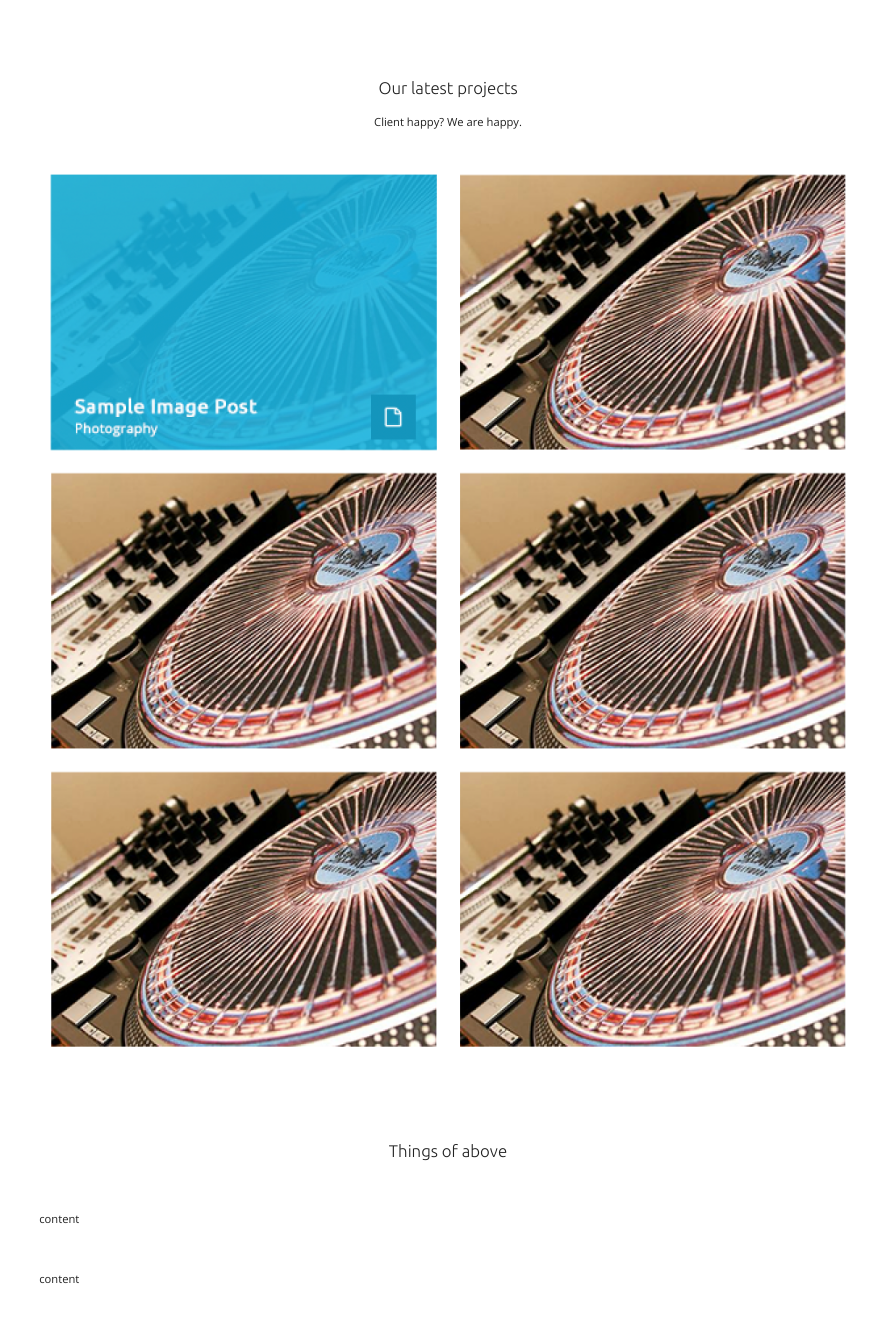
Repository: lpcmendoza/LAB02BF_Group9
Page: index.html
The author's editor kept a copy of each file at every save. The page is drawn from the files as they stood at one save, then again after the next save.
The browser window is 1280 px wide. The pictures show the part of the page from y = 2918 to 4838 px (the page is 6638 px tall before and 5934 px after), at 70% of full size.

Above is the page before, as saved 2024-02-11 23:35:58.

### index.html
<!doctype html>
<html class="no-js" lang="en">

<head>
  <meta charset="utf-8">
  <meta name="viewport" content="width=device-width, initial-scale=1">
  <title>Metrolics</title>
  <link rel="stylesheet" href="css/style.css">
  <meta name="description" content="Group Blog">

  <meta property="og:title" content="Metrolics">
  <meta property="og:type" content="website">
  <meta property="og:url" content="">
  <meta property="og:image" content="">

  <link rel="icon" href="/favicon.ico" sizes="any">
  <link rel="icon" href="/icon.svg" type="image/svg+xml">
  <link rel="apple-touch-icon" href="icon.png">
  <link rel="preconnect" href="https://fonts.googleapis.com">
  <link rel="preconnect" href="https://fonts.gstatic.com" crossorigin>
  <link href="https://fonts.googleapis.com/css2?family=Ubuntu:ital,wght@0,300;0,400;0,500;1,300&display=swap" rel="stylesheet">
  <link rel="preconnect" href="https://fonts.googleapis.com">
  <link rel="preconnect" href="https://fonts.gstatic.com" crossorigin>
  <link href="https://fonts.googleapis.com/css2?family=Open+Sans:wght@400;700&display=swap" rel="stylesheet">

  <link rel="manifest" href="site.webmanifest">
  <meta name="theme-color" content="#fafafa">
</head>

<body>

  <header class="page-header page-header-home">
    <div class="inner-container">
      <div class="content-container">
        <h1>Metrolics</h1>
      </div>
      <div class="content-container">
        <button class="navigation-button">Home</button>
        <button class="navigation-button">Pages</button>
        <button class="navigation-button">Portfolio</button>
        <button class="navigation-button">Blog</button>
        <button class="navigation-button">E-mail</button>
      </div>
    </div>
  </header>

  <div class="section section-image">
    <div class="inner-container">
      <div class="content-container">
        <img src="img/placeholder.svg" alt="placeholder image">
      </div>
    </div>
  </div>

  <div class="section section-title">
    <div class="inner-container">
      <div class="content-container">
        <h1>Hey guys! This is the Metrolics theme. It sports a responsive layout with a mobile layout.</h1>
      </div>
    </div>
  </div>

  <div class="section section-ourthings">
    <div class="inner-container">
      <div class="what-we-do-container-header">
        <h2>Things that we do</h2>
        <p>Ask us what we can do for you</p>
      </div>
      <div class="what-we-do-content">
        <div class="what-we-do-container-body">
          <img class="icons" src="img/icon-web-solutions.png" alt="Web Solutions Icon">
          <h3>Web Solutions</h3>
          <p>We are a fairly small, flexible design studio that designs for print and web. We work flexibly with clients to fulfil their design needs. Whether you need to create a brand from scratch, including marketing materials.</p>
        </div>
        <div class="what-we-do-container-body">
          <img class="icons" src="img/icon-photography.png" alt="Photography Icon">
          <h3>Photography</h3>
          <p>We are a fairly small, flexible design studio that designs for print and web. We work flexibly with clients to fulfil their design needs. Whether you need to create a brand from scratch, including marketing materials.</p>
        </div>
        <div class="what-we-do-container-body">
          <img class="icons" src="img/icon-web-development.png" alt="Web Development Icon">
          <h3>Web Development</h3>
          <p>We are a fairly small, flexible design studio that designs for print and web. We work flexibly with clients to fulfil their design needs. Whether you need to create a brand from scratch, including marketing materials.</p>
        </div>
        <div class="what-we-do-container-body">
          <img class="icons" src="img/icon-web-design.png" alt="Web Design Icon">
          <h3>Web Design</h3>
          <p>We are a fairly small, flexible design studio that designs for print and web. We work flexibly with clients to fulfil their design needs. Whether you need to create a brand from scratch, including marketing materials.</p>
        </div>
      </div>
    </div>
  </div>

  <div class="section section-news">
    <div class="inner-container">
      <div class="whats-new-header">
        <h2>What's up lately?</h2>
        <p>Read up on our latest work</p>
      </div>
      <div class="whats-new-content">
        <div class="whats-new-body-1">
          <img src="img/news-span.png" alt="News content">
        </div>
        <div class="whats-new-body-2">
          <img src="img/news.png" alt="News content">
        </div>
        <div class="whats-new-body-3">
          <img src="img/news.png" alt="News content">
        </div>
        <div class="whats-new-body-4">
          <img src="img/news.png" alt="News content">
        </div>
        <div class="whats-new-body-5">
          <img src="img/news.png" alt="News content">
        </div>
      </div>
    </div>
  </div>

  <div class="section section-projects">
    <div class="inner-container">
      <div class="latest-projects-header">
        <h2>Our latest projects</h2>
        <p>Client happy? We are happy.</p>
      </div>
      <div class="latest-projects-content">
        <div class="latest-projects-body-mobile">
          <img src="img/projects.png" alt="Latest Projects">
        </div>
        <div class="latest-projects-body-mobile">
          <img src="img/projects.png" alt="Latest Projects">
        </div>
        <div class="latest-projects-body-mobile">
          <img src="img/projects.png" alt="Latest Projects">
        </div>
        <div class="latest-projects-body-mobile">
          <img src="img/projects.png" alt="Latest Projects">
        </div>
        <div class="latest-projects-body-mobile">
          <img src="img/projects.png" alt="Latest Projects">
        </div>
        <div class="latest-projects-body-mobile">
          <img src="img/projects.png" alt="Latest Projects">
        </div>

          <div class="latest-projects-body">
            <img src="img/project-blue-overlay.png" alt="Latest Projects">
          </div>
          <div class="latest-projects-body">
            <img src="img/project-no-text.png" alt="Latest Projects">
          </div>
          <div class="latest-projects-body">
            <img src="img/project-no-text.png" alt="Latest Projects">
          </div>
          <div class="latest-projects-body">
            <img src="img/project-no-text.png" alt="Latest Projects">
          </div>
          <div class="latest-projects-body">
            <img src="img/project-no-text.png" alt="Latest Projects">
          </div>
          <div class="latest-projects-body">
            <img src="img/project-no-text.png" alt="Latest Projects">
          </div>

      </div>
    </div>
  </div>

  <div class="section section-things">
    <div class="inner-container">
      <div class="content-container">
        <h2>Things of above</h2>
      </div>
      <div class="content-container">
        <p>content</p>
      </div>
      <div class="content-container">
        <p>content</p>
      </div>
    </div>
  </div>

  <div class="section section-clients">
    <div class="inner-container">
      <div class="content-container">
        <p>client</p>
      </div>
      <div class="content-container">
        <p>client</p>
      </div>
      <div class="content-container">
        <p>client</p>
      </div>
      <div class="content-container">
        <p>client</p>
      </div>
      <div class="content-container">
        <p>client</p>
      </div>
    </div>
  </div>

  <script src="js/app.js"></script>

</body>
<footer>
  <div class="page-footer page-footer-home">
    <div class="inner-container">
      <div class="content-container content-container-description">
        <img src="/img/peewee.png" class="img-peewee">
        <h2 class="description-header">Peewee Herman</h2>
        <p class="description-text">Peewee has over 10 years experience in the industry. He is our Creative Director, digital designer, web designer and front-end developer. He is also pretty good with a sketchbook. Before starting the company Peewee worked as a designer and studio manager for a design house who boasted a number of big name clients.</p>
      </div>
      <div class="content-container content-container-social-icons">
        <img src="/img/btn-facebook.png" class="btn-icons">
        <img src="/img/btn-google+.png" class="btn-icons">
        <img src="/img/btn-twitter.png" class="btn-icons">
        <img src="/img/btn-instagram.png" class="btn-icons">
        <img src="/img/btn-rss.png" class="btn-icons">
      </div>
      <div class="content-container content-container-tweets-header">
        <h3 class="tweet-header">Recent Tweets</h3>
      </div>
      <div class="content-container content-container-tweets">
          <img src="/img/icon-tweet.png" class="tweet-icon">
          <p class="tweet-text"><a class="tweet-link">@Minions</a> - ipsum potatoooo potatoooo uuuhhh. <br>
            Chasy poulet tikka masala jiji wiiiii hahaha po kass. </p>
      </div>
      <div class="content-container content-container-tweets">
        <img src="/img/icon-tweet.png" class="tweet-icon">
          <p class="tweet-text"><a class="tweet-link">@Minions</a> - ipsum potatoooo potatoooo uuuhhh. <br>
            Chasy poulet tikka masala jiji wiiiii hahaha po kass. </p>
      </div>
      <div class="bottom-border">

      </div>
    </div>
  </div>
</footer>

</html>

### css/style.css
/* ==========================================================================
    [Table of contents]

    1. BASE
        1.1 Page Rendering Defaults
        1.2 Core Styling
        1.3 Typography
    2. LAYOUT
        2.1 Core Layout
        2.2 Small only
        2.3 medium and up
        2.4 Medium only
        2.5 large screens and up
        2.6 Large only
    3. MODULES
    4. STATES
    5. THEME
    6. UTILITY classes
    7. PRINT

    refer to http://smacss.com/
    ========================================================================== */


/* ==========================================================================
   BASE
   ========================================================================== */


/* 1.1 Page Rendering Defaults */

html {
  color: #222;
  font-size: 1em;
  line-height: 1.4;
}

/*
* Remove text-shadow in selection highlight:
* https://twitter.com/miketaylr/status/12228805301
*
* Customize the background color to match your design.
*/

::-moz-selection {
background: #b3d4fc;
text-shadow: none;
}

::selection {
background: #b3d4fc;
text-shadow: none;
}

/*
* A better looking default horizontal rule
*/

hr {
display: block;
height: 1px;
border: 0;
border-top: 1px solid #ccc;
margin: 1em 0;
padding: 0;
}

/*
* Remove the gap between audio, canvas, iframes,
* images, videos and the bottom of their containers:
* https://github.com/h5bp/html5-boilerplate/issues/440
*/

audio,
canvas,
iframe,
img,
svg,
video {
vertical-align: middle;
}

/*
* Remove default fieldset styles.
*/

fieldset {
border: 0;
margin: 0;
padding: 0;
}

/*
* Allow only vertical resizing of textareas.
*/

textarea {
resize: vertical;
}

/* 1.2 Core Styling */

/* refer to https://css-tricks.com/box-sizing/ */
*,
*:before,
*:after {
  box-sizing: border-box;
}

img {
  width: 100%;
}

.img-peewee {
  grid-column-start: 1;
  grid-column-end: 2;
  vertical-align: center;
}

.content-container-description {
  display: grid;
  grid-template-columns: repeat(2, 1fr);
  grid-template-rows: 1fr;
  column-gap: 1em;
}

.description-header {
  grid-column-start: 2;
  grid-column-end: 3;
  color: #fff;
  text-align: left;
  font-family: 'Ubuntu', sans-serif;
  font-size: 12pt;
}

.description-text {
  color: #fff;
  font-size: 8pt;
  font-family: 'Ubuntu', sans-serif;
  font-style: italic;
  font-weight: light;
  grid-column-start: 2;
  grid-column-end: 3;
  margin-top: -8em;
  overflow: hidden;
  -webkit-box-orient: vertical;
 -webkit-line-clamp: 10;
 display: -webkit-box;
}

.content-container-social-icons {
  display: flex;
  justify-content: center;
  gap: 3pt;
}

.btn-icons {
  width: 20%;
  height: 20%;
}

.content-container-tweets-header {
  border-bottom: #de6262 1px solid;
  width: 75%;
  padding: 0;
  display: flex;
  justify-content: left;
}

.tweet-header {
  color: #fff;
  font-family: 'Ubuntu', sans-serif;
  font-size: 12pt;
  margin-bottom: 0;
}

.content-container-tweets {
  display: flex;
  justify-content: left;
  flex-direction: row;
  padding: 0;
  padding-top: 1em;
  gap: 1em;
}

.tweet-icon {
  width: 10%;
  height: 10%;
}

.tweet-text {
  color: #fff;
  font-size: 8pt;
  margin-top: 0;
}

.tweet-link {
  color: #1bade6;
  font-weight: bold;
}

.bottom-border {
  width: 100%;
  background-image: linear-gradient(90deg, rgba(22,36,47,1) 0%, rgba(22,36,47,1) 25%, rgba(37,195,137,1) 25%, rgba(37,195,137,1) 35%, rgba(255,185,1,1) 35%, rgba(255,185,1,1) 45%, rgba(222,98,98,1) 45%, rgba(222,98,98,1) 55%, rgba(22,145,189,1) 55%, rgba(22,145,189,1)  65%, rgba(22,107,162,1) 65%, rgba(22,107,162,1) 75%, rgba(22,36,47,1) 75%, rgba(22,36,47,1) 100%);
  margin-bottom: -3em;
  margin-top: 5em;
}

/* 1.3 Typgraphy */

h1,
h2,
h3,
h4,
h5,
h6 {
  font-family: Ubuntu, sans-serif;
  font-weight: 300;
  text-align: center;
}

p {
  font-family: 'Open Sans', Arial, Helvetica, sans-serif;
}


/* ==========================================================================
 2. LAYOUT
 ========================================================================== */


/* Helper to display empty layout containers*/

div,
main,
section,
footer,
header {
  min-height: 1rem;
  padding: 1rem;
}


/* 2.1 Core layout */

.row {
  display: grid;
  row-gap: 1rem;
}

.col {
  position: relative;
  background-color: rgb(242, 230, 177);
}


/* ==========================================================================
 EXAMPLE Media Queries for Responsive Design.
 These examples override the primary ('mobile first') styles.
 Modify as content requires.
 Taken from https://get.foundation/sites/docs-v5/media-queries.html
 (the latest version is adjusted and no longer matches the ones used below)
 ========================================================================== */


/* 2.2 Small only */

@media screen and (max-width: 39.9375em) {
  .s-hide {
      display: none;
  }

  .what-we-do-container-header {
    align-content: center;
    text-align: center;
  }

  .icons {
      max-width: 5em;
      max-height: 5em;
      float: left;
      margin-right: 1em;
  }

  h3 {
      text-align: left;
      margin: 0;
      font-weight: bold;
  }

  .what-we-do-container-body {
      text-align: left;
  }

  .what-we-do-container-body p {
    margin-left: 6em;
  }

  .whats-new-header {
    text-align: center;
  }

  .whats-new-body-1 {
    display: none;
  }

  .latest-projects-header {
    align-content: center;
    text-align: center;
  }
  .latest-projects-header p {
    text-align: center;
  }

  .latest-projects-body {
    display: none;
  }

}


/* 2.3 medium and up */

@media screen and (min-width: 40em) {
  .row {
      max-width: 70rem;
      column-gap: 1.5rem;
      row-gap: 1.5rem;
      margin: 0 auto;
  }
  .grid {
      display: grid;
      column-gap: 0.5rem;
      row-gap: 0.5rem;
  }
  .m-col-2 {
      grid-template-columns: 1fr 1fr;
  }
  .m-col-3 {
      grid-template-columns: repeat(3, 1fr);
  }
  .m-col-4 {
      grid-template-columns: repeat(4, 1fr);
  }
  .m-col-5 {
      grid-template-columns: repeat(5, 1fr);
  }
  .m-1-2 {
      grid-template-columns: 1fr 2fr;
  }

  .what-we-do-content {
    display: grid;
    grid-template-columns: 1fr 1fr;
    grid-gap: 1rem;
  }

  .icons {
    max-width: 10em;
    max-height: 10em;
    display: block;
    margin-left: auto;
    margin-right: auto;
    width: 50%;
}

  .what-we-do-container-header {
    align-content: center;
    text-align: center;
  }

  .what-we-do-container-body p {
    text-align: center;
  }

  .what-we-do-container-body h3 {
    text-align: center;
    font-weight: bold;
  }

  .whats-new-body-4 {
    display: none;
  }

  .whats-new-body-5 {
    display: none;
  }

  .whats-new-content {
    display: grid;
    grid-template-columns: 1fr 1fr;
  }

  .whats-new-body-1 {
    grid-column: 1 / -1;
  }

  .whats-new-header {
    text-align: center;
  }

  .latest-projects-body-mobile {
    display: none;
  }

  .latest-projects-content {
    display: grid;
    grid-template-columns: 1fr 1fr;
  }

  .latest-projects-header {
    align-content: center;
    text-align: center;
  }
  .latest-projects-header p {
    text-align: center;
  }

}


/* 2.4 Medium only */

@media screen and (min-width: 40em) and (max-width: 63.9375em) {
  .m-row-span {
      grid-column-start: 1;
      grid-column-end: -1;
  }
  .m-hide {
      display: none;
  }
}


/* 2.5 large screens and up 2.6 Large only */

@media screen and (min-width: 64em) {
  .l-col-2 {
      grid-template-columns: 1fr 1fr;
  }
  .l-col-3 {
      grid-template-columns: repeat(3, 1fr);
  }
  .l-col-4 {
      grid-template-columns: repeat(4, 1fr);
  }
  .l-col-5 {
      grid-template-columns: repeat(5, 1fr);
  }
  .l-col-6 {
      grid-template-columns: repeat(6, 1fr);
  }
  .l-row-span {
      grid-column-start: 1;
      grid-column-end: -1;
  }
  .l-hide {
      display: none;
  }


  .what-we-do-content {
    display: grid;
    grid-template-columns: 1fr 1fr 1fr 1fr;
    grid-gap: 1rem;
  }

  .icons {
    max-width: 10em;
    max-height: 10em;
    display: block;
    margin-left: auto;
    margin-right: auto;
    width: 50%;
}

  .what-we-do-container-header {
    align-content: center;
    text-align: center;
  }


  .what-we-do-container-body p {
    text-align: center;
  }

  .what-we-do-container-body h3 {
    text-align: center;
    font-weight: bold;
  }

  .whats-new-body-1 {
    display: none;
  }

  .whats-new-body-4 {
    display: initial;
  }

  .whats-new-content {
    display: grid;
    grid-template-columns: 1fr 1fr 1fr;
  }

}


/* ==========================================================================
 2. MODULES
 ========================================================================== */


/* ==========================================================================
 2. STATES
 ========================================================================== */


/* ==========================================================================
 2. THEME
 ========================================================================== */

footer {
  background-color: #16242f;
}

/* ==========================================================================
 6. UTILITY classes
 ========================================================================== */
/*
* Hide visually and from screen readers
*/

.hidden,
[hidden] {
display: none !important;
}

/*
* Hide only visually, but have it available for screen readers:
* https://snook.ca/archives/html_and_css/hiding-content-for-accessibility
*
* 1. For long content, line feeds are not interpreted as spaces and small width
*    causes content to wrap 1 word per line:
*    https://medium.com/@jessebeach/beware-smushed-off-screen-accessible-text-5952a4c2cbfe
*/

.visually-hidden {
border: 0;
clip: rect(0, 0, 0, 0);
height: 1px;
margin: -1px;
overflow: hidden;
padding: 0;
position: absolute;
white-space: nowrap;
width: 1px;
/* 1 */
}

/*
* Extends the .visually-hidden class to allow the element
* to be focusable when navigated to via the keyboard:
* https://www.drupal.org/node/897638
*/

.visually-hidden.focusable:active,
.visually-hidden.focusable:focus {
clip: auto;
height: auto;
margin: 0;
overflow: visible;
position: static;
white-space: inherit;
width: auto;
}

/*
* Hide visually and from screen readers, but maintain layout
*/

.invisible {
visibility: hidden;
}

/*
* Clearfix: contain floats
*
* The use of `table` rather than `block` is only necessary if using
* `::before` to contain the top-margins of child elements.
*/

.clearfix::before,
.clearfix::after {
content: "";
display: table;
}

.clearfix::after {
clear: both;
}

@media print,
(-webkit-min-device-pixel-ratio: 1.25),
(min-resolution: 1.25dppx),
(min-resolution: 120dpi) {
/* Style adjustments for high resolution devices */
}

/* ==========================================================================
 Print styles.
 Inlined to avoid the additional HTTP request:
 https://www.phpied.com/delay-loading-your-print-css/
 ========================================================================== */

@media print {
*,
*::before,
*::after {
  background: #fff !important;
  color: #000 !important;
  /* Black prints faster */
  box-shadow: none !important;
  text-shadow: none !important;
}

a,
a:visited {
  text-decoration: underline;
}

a[href]::after {
  content: " (" attr(href) ")";
}

abbr[title]::after {
  content: " (" attr(title) ")";
}

/*
 * Don't show links that are fragment identifiers,
 * or use the `javascript:` pseudo protocol
 */
a[href^="#"]::after,
a[href^="javascript:"]::after {
  content: "";
}

pre {
  white-space: pre-wrap !important;
}

pre,
blockquote {
  border: 1px solid #999;
  page-break-inside: avoid;
}

tr,
img {
  page-break-inside: avoid;
}

p,
h2,
h3 {
  orphans: 3;
  widows: 3;
}

h2,
h3 {
  page-break-after: avoid;
}
}

Loaded but not shown: js/app.js (no stored copy; drawn as an empty file)

After the next save:
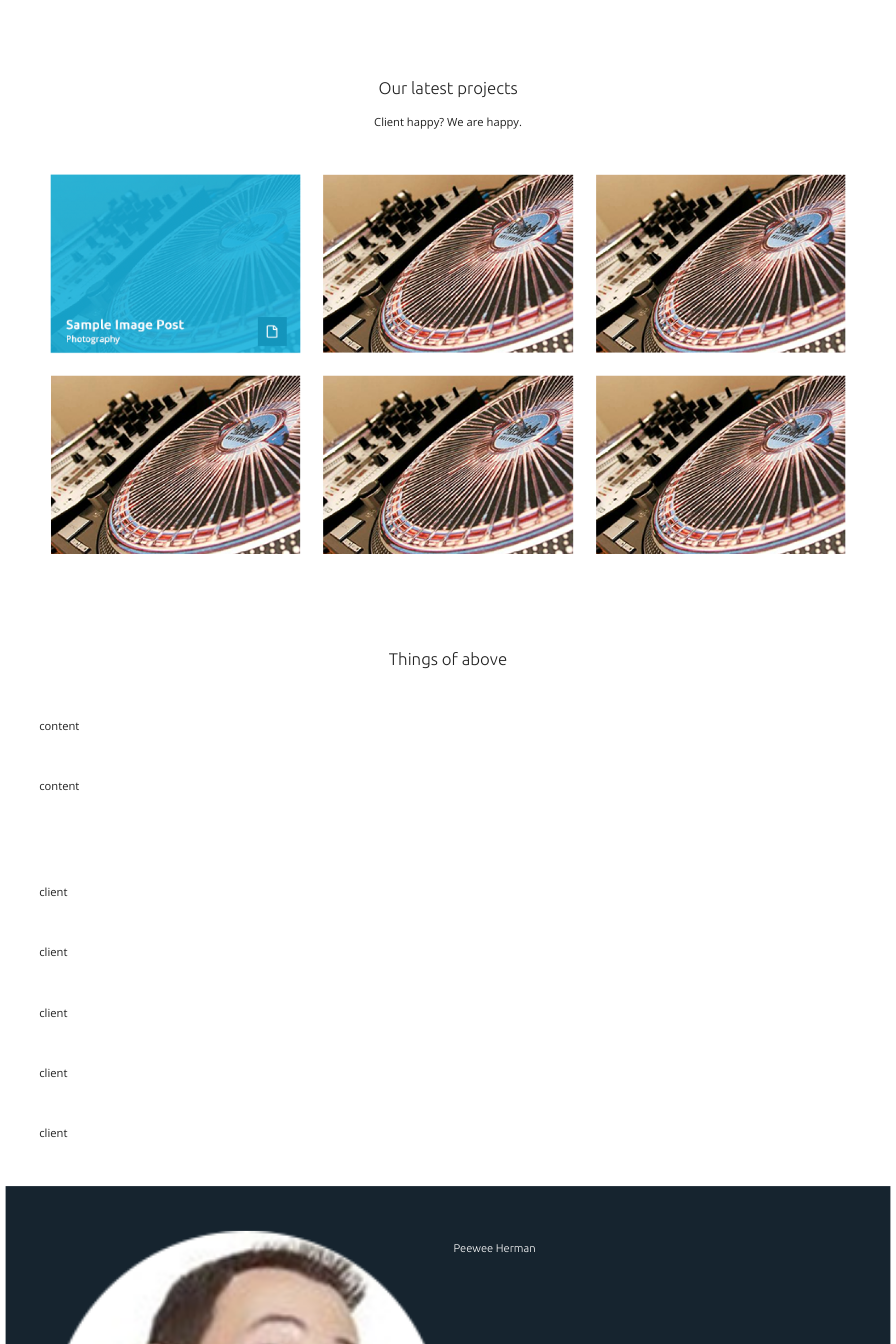
Saved 74 s later.
--- a/css/style.css
+++ b/css/style.css
@@ -502,6 +502,23 @@
     grid-template-columns: 1fr 1fr 1fr;
   }
 
+  .latest-projects-body-mobile {
+    display: none;
+  }
+
+  .latest-projects-content {
+    display: grid;
+    grid-template-columns: 1fr 1fr 1fr;
+  }
+
+  .latest-projects-header {
+    align-content: center;
+    text-align: center;
+  }
+  .latest-projects-header p {
+    text-align: center;
+  }
+
 }
 
 
